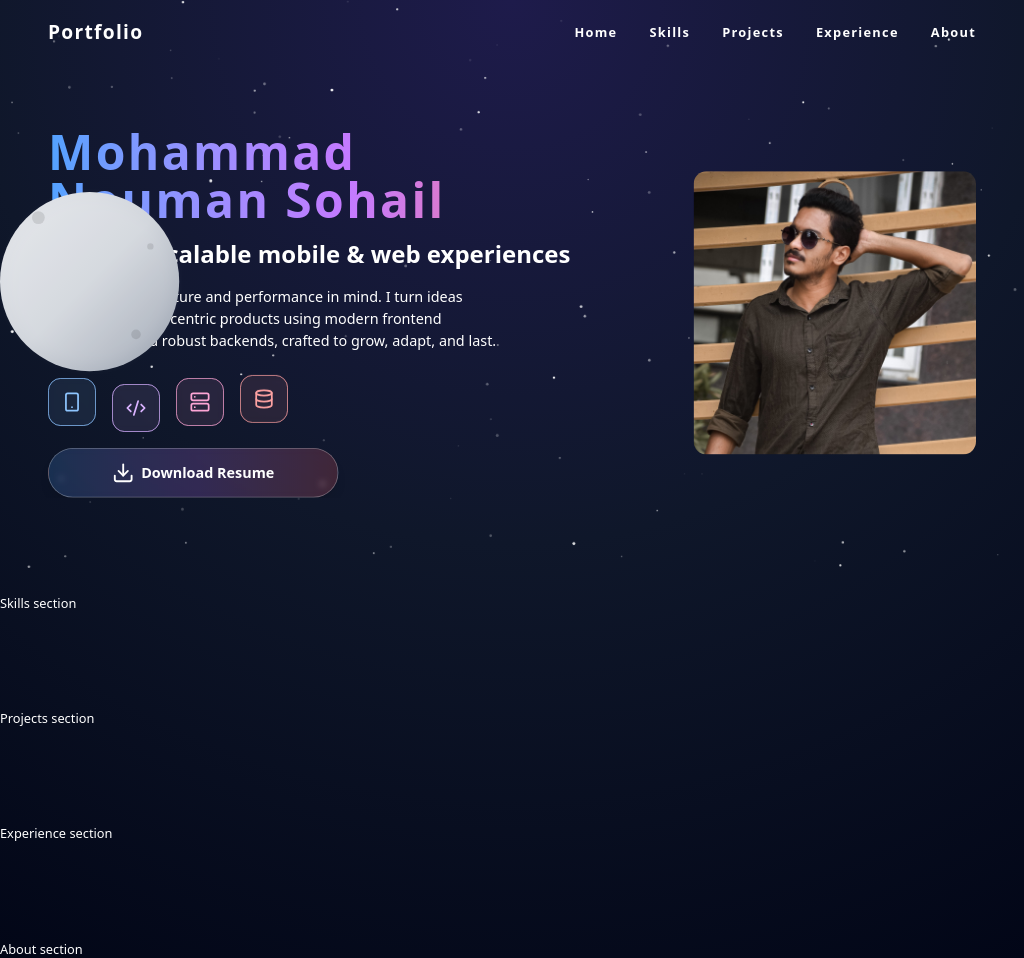
Repository: NoumanSohail/Nouman-Sohail-Portfolio
Page: /
These files come from the project's save history. The page is drawn as it stood at one moment and after the next save; the edit follows.
The browser window is 1280 px wide. The pictures show the whole page, at 80% of full size.
The project was rebuilt for these pictures with package versions that can differ from the ones it lists, and the page was loaded fresh each time. The framework's server and built-in components were replaced by stand-ins that run in the browser. Also part of the build but not shown: next.config.ts.

Above is the page before, as saved 2026-01-24 22:19:09.

After the next save:
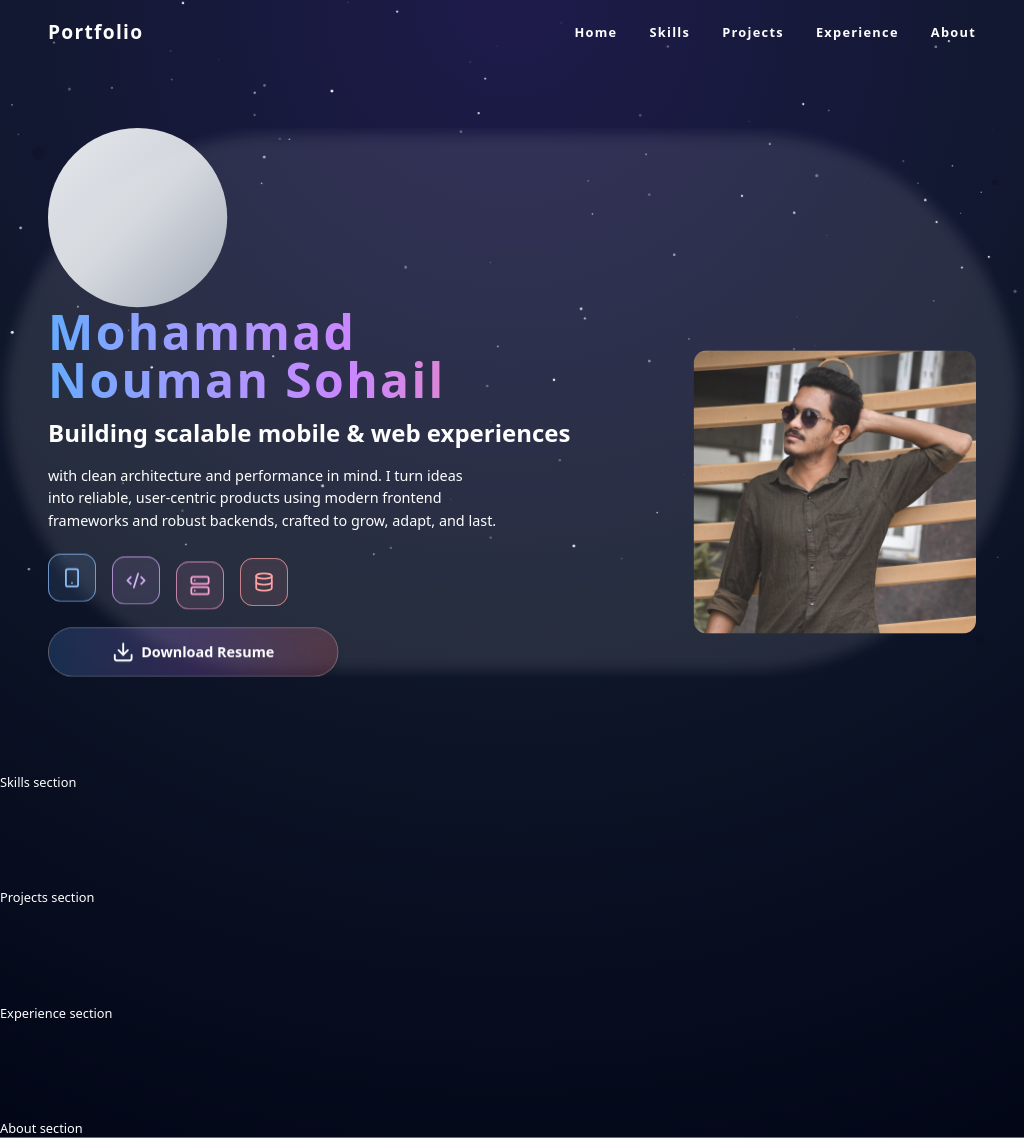
Saved 12 s later.
--- a/app/components/sections/Hero.tsx
+++ b/app/components/sections/Hero.tsx
@@ -15,7 +15,7 @@
     >
       {/* 🌙 Glowing Moon */}
       <div
-        className="absolute pointer-events-none hidden lg:block
+        className="pointer-events-none hidden lg:block
              lg:left-55 xl:left-0 top-20
              w-44 h-44 xl:w-56 xl:h-56
              rounded-full

After the save that followed:
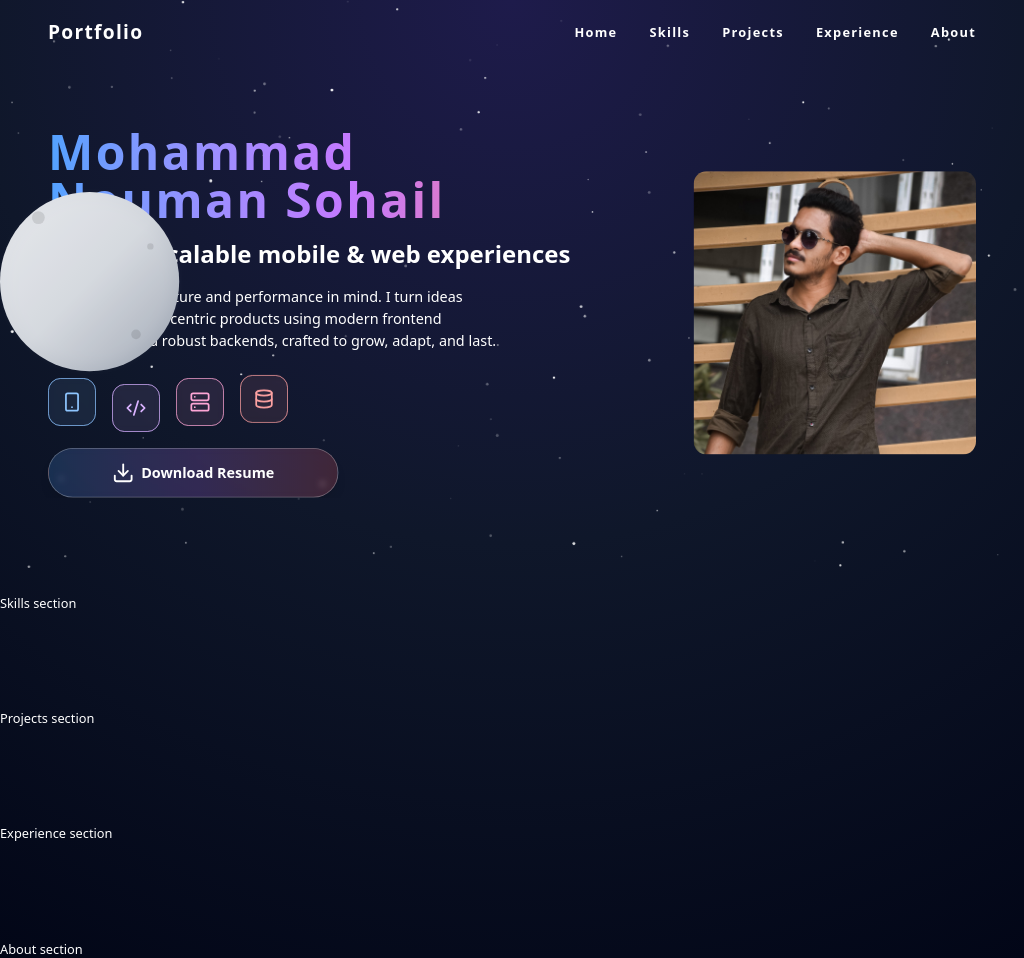
Saved 11 s later.
--- a/app/components/sections/Hero.tsx
+++ b/app/components/sections/Hero.tsx
@@ -15,7 +15,7 @@
     >
       {/* 🌙 Glowing Moon */}
       <div
-        className="pointer-events-none hidden lg:block
+        className="absolute pointer-events-none hidden lg:block
              lg:left-55 xl:left-0 top-20
              w-44 h-44 xl:w-56 xl:h-56
              rounded-full
